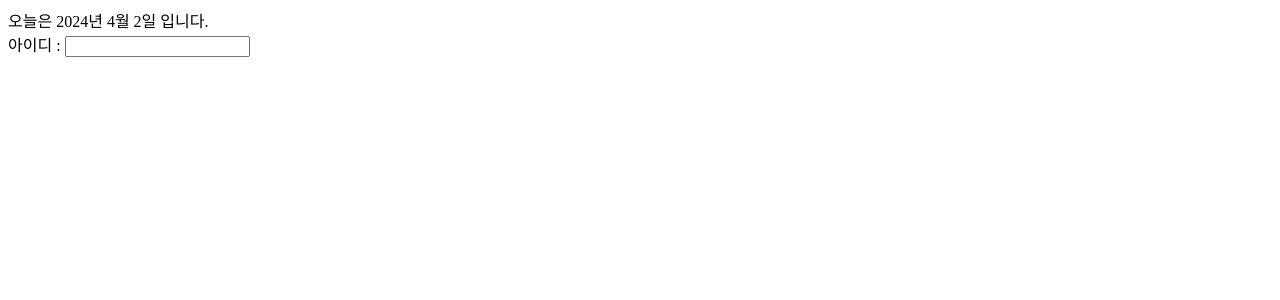
Repository: lopanghub/git_study
Page: http://localhost/JSPClassCh02/today.jsp
The author's editor kept a copy of each file at every save. The page is drawn from the files as they stood at one save, then again after the next save.
The browser window is 1280 px wide. The pictures show the whole page.
The page is served by Tomcat 9. Other server files are loaded and not shown.

Above is the page before, as saved 2024-04-02 02:37:01.

### JSPStudy/JSPClassCh02/src/main/webapp/today.jsp
<%@page import="java.util.Calendar"%>
<%@ page language="java" contentType="text/html; charset=UTF-8"
    pageEncoding="UTF-8"%>

    <%
    	//스크립툴릿 -자바코드 작성하는 곳
    	Calendar today = Calendar.getInstance();
    %>


<!DOCTYPE html>
<html>
<head>
<meta charset="UTF-8">
<title>Insert title here</title>
</head>
<body>
	오늘은 <%=today.get(Calendar.YEAR) %>년
	<%=today.get(Calendar.MONTH) +1%>월
	<%=today.get(Calendar.DAY_OF_MONTH) %>일 입니다.

	<form action="today" method="post">
		아이디 : <input type="text" name="id">
	</form>
</body>
</html>

After the next save:
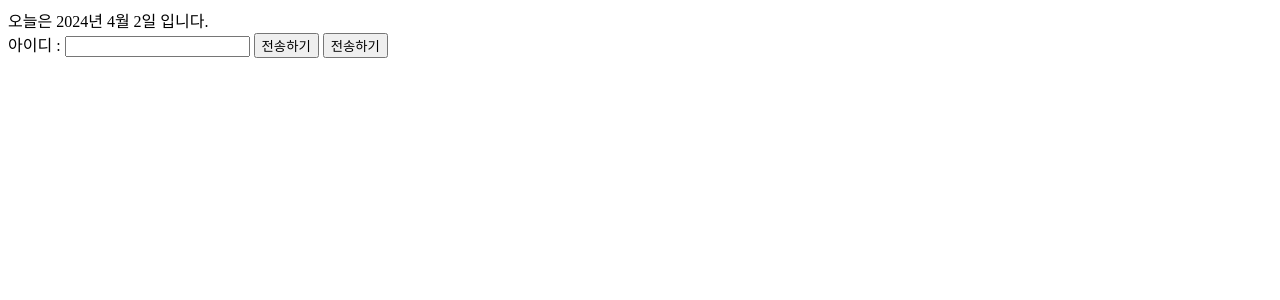
Saved 2 min 14 s later.
--- a/JSPStudy/JSPClassCh02/src/main/webapp/today.jsp
+++ b/JSPStudy/JSPClassCh02/src/main/webapp/today.jsp
@@ -21,6 +21,8 @@
 
 	<form action="today" method="post">
 		아이디 : <input type="text" name="id">
+		<input type="submit" value="전송하기">
+		<button type="submit">전송하기</button>
 	</form>
 </body>
 </html>
